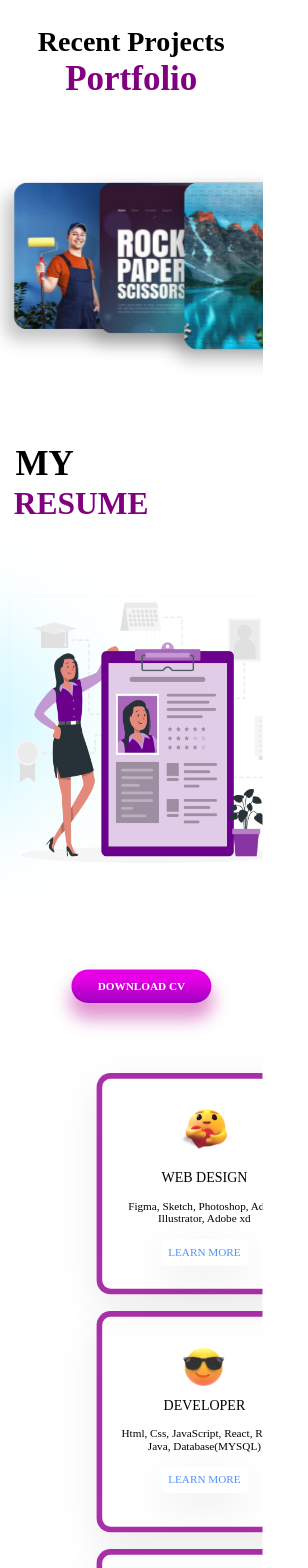
Repository: glorysandy/Protfolio
Page: /
An editor plug-in stored every save of this project. The page is shown before and after a run of saves, followed by the edit.
The browser window is 375 px wide. The page is 440 px wide, so the pictures cover 440 px, including what lies to the right of the window. The pictures show the part of the page from y = 4260 to 6500 px (the page is 7423 px tall), at 70% of full size.
Some web fonts or font styles are not loaded; a fallback is used. The project was rebuilt for these pictures with package versions that can differ from the ones it lists, and the page was loaded fresh each time. Imported but missing from the stored project, and not drawn on this page: src/components/Services/SANDHIYA.P (RESUME).pdf.

Above is the page before, as saved 2024-10-17 16:20:44.

### public/index.html
<!DOCTYPE html>
<html lang="en">
  <head>
    <meta charset="utf-8" />
    <link rel="icon" href="%PUBLIC_URL%/favicon.ico" />
    <meta name="viewport" content="width=device-width, initial-scale=1" />
    <meta name="theme-color" content="#000000" />
    <meta
      name="description"
      content="Web site created using create-react-app"
    />
    <style>
      @font-face{
        font-family: Gumela;
        src:url('../src/fonts/*');
      }
      *{
        font-family: 'Gumela';
        font-weight:normal ;
        font-size: 20px;

      }
      body{
        margin: 0;
      }
    </style>
    <link rel="apple-touch-icon" href="%PUBLIC_URL%/logo192.png" />
    <!--
      manifest.json provides metadata used when your web app is installed on a
      user's mobile device or desktop. See https://developers.google.com/web/fundamentals/web-app-manifest/
    -->
    <link rel="manifest" href="%PUBLIC_URL%/manifest.json" />
    <!--
      Notice the use of %PUBLIC_URL% in the tags above.
      It will be replaced with the URL of the `public` folder during the build.
      Only files inside the `public` folder can be referenced from the HTML.

      Unlike "/favicon.ico" or "favicon.ico", "%PUBLIC_URL%/favicon.ico" will
      work correctly both with client-side routing and a non-root public URL.
      Learn how to configure a non-root public URL by running `npm run build`.
    -->
    <title>React App</title>
  </head>
  <body>
    <noscript>You need to enable JavaScript to run this app.</noscript>
    <div id="root"></div>
    <!--
      This HTML file is a template.
      If you open it directly in the browser, you will see an empty page.

      You can add webfonts, meta tags, or analytics to this file.
      The build step will place the bundled scripts into the <body> tag.

      To begin the development, run `npm start` or `yarn start`.
      To create a production bundle, use `npm run build` or `yarn build`.
    -->
  </body>
</html>

### src/components/Navbar/Navbar.jsx
import React from "react";
import Toggle from "../Toggle/Toggle";
import "./Navbar.css";
import { Link } from "react-scroll";
const navbar = () => {
  return (
    <div className="n-wrapper" id="Navbar">
      {/* left */}
      <div className="n-left">
        <div className="n-name">MODE</div>
        <Toggle />
      </div>
      {/* right */}
      <div className="n-right">
        <div className="n-list">
          <ul style={{ listStyleType: "none" }}>
            <li>
              <Link activeClass="active" to="Navbar" spy={true} smooth={true}>
                HOME
              </Link>
            </li>
            <li>
              <Link to="testimonial" spy={true} smooth={true}>
                ABOUT
              </Link>
            </li>
            <li>
              <Link to="works" spy={true} smooth={true}>
                SKILLS
              </Link>
            </li>
            <li>
              <Link to="portfolio" spy={true} smooth={true}>
                PROJECTS
              </Link>
            </li>
            <li>
              <Link to=" services" spy={true} smooth={true}>
                RESUME
              </Link>
            </li>
          </ul>
        </div>
        <Link to="contact" spy={true} smooth={true}>
        <button className="button n-button">CONTACT</button>
        </Link>
      </div>
    </div>
  );
};

export default navbar;

### src/components/Testimonials/Testimonial.jsx
import React from "react";
import "./Testimonial.css";
import back from  "../../img/Hand coding-rafiki.png";
import { width } from "@fortawesome/free-brands-svg-icons/fa42Group";
const Testimonial = () => {

  return (
    <div className="t-wrapper" id="testimonial">
      <div className="t-heading" style={{marginLeft:"95vh" ,marginTop:"35vh"}}>
        <span>ABOUT </span>
        <span>ME </span>
      <div className="blur t-blur1" style={{ background: "var(--purple)" }}></div>
      <div className="blur t-blur2" style={{ background: "skyblue" }}></div>
      <div className="blur t-blur3" style={{ background: "voilet" }}></div>
       <div className="t-back"  >
       <img
          src={back}
          alt=""
        />
</div> <div className="t-sen" style={{fontSize:"1.6rem",fontWeight: "7rem",  position: "absolute", marginTop: "-100vh" ,marginLeft: "-48px",marginRight: "18px"
}}> <span>As a Full Stack Developer with 4 months of experience, I've   successfully completed 10+ projects , leveraging Front-end:  HTML/CSS (structure, styling), JavaScript , React (frameworks) ,Bootstrap, Material-UI (UI libraries), Responsive web design, Git (version control)
, Back-end:java (programming language),Database management ( MySQL). I've developed my soft skills like Team collaboration , Adaptability, Time management .I've enhanced code quality, implemented authentication   and authorization
,  Developed and integrated new features
. I'm eager to continue expanding my expertise in full-stack development, exploring emerging technologies, and delivering high-quality solutions.</span></div> </div>

<div className="head"> <span> ABOUT ME</span></div>

    <div className="dup">
    <span>As a Full Stack Developer with 4 months of experience, I've   successfully completed 10+ projects , leveraging Front-end:  HTML/CSS (structure, styling), JavaScript , React (frameworks) ,Bootstrap, Material-UI (UI libraries), Responsive web design, Git (version control)
, Back-end:java (programming language),Database management ( MySQL). I've developed my soft skills like Team collaboration , Adaptability, Time management .I've enhanced code quality, implemented authentication   and authorization
,  Developed and integrated new features
. I'm eager to continue expanding my expertise in full-stack development, exploring emerging technologies, and delivering high-quality solutions.</span>


      </div>

       </div>

  );
};

export default Testimonial;

### src/components/Experience/Experience.jsx
import React, { useContext } from "react";
import { themeContext } from "../../Context";
import "./Experience.css";
const Experience = () => {
  const theme = useContext(themeContext);
  const darkMode = theme.state.darkMode;

  return (
    <div className="experience" id='experience'>
      <div className="achievement">
        {/* darkMode */}
        <div className="circle" style={{color: darkMode?'var(--orange)':''}}>4+</div>
        <span  style={{color: darkMode?'white':''}}>months </span>
        <span>Experience</span>
      </div>
      <div className="achievement">
        <div className="circle" style={{color: darkMode?'var(--orange)':''}}>10+</div>
        <span  style={{color: darkMode?'white':''}}>completed </span>
        <span>Projects</span>
      </div>
    </div>
  );
};

export default Experience;

### src/components/Portfolio/Portfolio.jsx
import React, { useContext } from "react";
import "./Portfolio.css";
import { Swiper, SwiperSlide } from "swiper/react"
import "swiper/css";
import pro from "../../img/pro 1 copy.jpg";
import pro2 from "../../img/pro2.jpg";
import HOC from "../../img/hoc.png";
import pro3 from "../../img/pro3.jpg";
import { themeContext } from "../../Context";

const Portfolio = () => {
  const theme = useContext(themeContext);
  const config ={
    social:{
      pro1:'https://project-1-nerolac.vercel.app/',
      pro2:'https://rock-paper-scissors-phi-puce.vercel.app/',
      pro3:'https://sliding-puzzle-jade.vercel.app/',
    }
}

  const darkMode = theme.state.darkMode;
  return (
    <div className="portfolio" id="portfolio">
            <div className="blur t-blur2" style={{ background: "skyblue" }}></div>
      <div className="blur t-blur2" style={{ background: "voilet" }}></div>

      {/* heading */}
      <span style={{color: darkMode?'white': ''}}>Recent Projects</span>
      <span>Portfolio</span>



      {/* slider */}
      <Swiper
        spaceBetween={30}
        slidesPerView={3}
        grabCursor={true}
        className="portfolio-slider"
      ><div className="silde">


        <SwiperSlide>
          <div >
       <a href={config.social.pro1}  ><img src={pro} alt="" /></a>
          </div>
        </SwiperSlide>
        <SwiperSlide>
          <div>
          <a href={config.social.pro2}  ><img src={pro2} alt="" /></a>
          </div>
        </SwiperSlide>
        <SwiperSlide>
        <div>
        <a href={config.social.pro3}  ><img src={pro3} alt="" /></a>
        </div>
        </SwiperSlide>
        <SwiperSlide>
          <div>

          </div>
          <img src={HOC} alt="" />
        </SwiperSlide></div>
      </Swiper>

    </div>
  );
};

export default Portfolio;

### src/components/Contact/Contact.jsx
import React, { useContext, useRef, useState } from "react";
import "./Contact.css";
import emailjs from '@emailjs/browser';
import { themeContext } from "../../Context";

const Contact = () => {
  const theme = useContext(themeContext);
  const darkMode = theme.state.darkMode;
  const form = useRef();
  const [done, setDone] = useState(false)
  const sendEmail = (e) => {
    e.preventDefault();

    emailjs
      .sendForm(
        "service_y60teja",
        "template_4kj4n7i",
        form.current,
        "ORKOyUiaYznGkr2zZ"
      )
      .then(
        (result) => {
          console.log(result.text);
          setDone(true);


        },
        (error) => {
          console.log(error.text);
        }
      );
  };

  return (
    <div className="contact-form" id="contact">
      {/* left side copy and paste from work section */}

      <div className="w-left">
        <div className="awesome">
          {/* darkMode */}
          <span style={{color: darkMode?'white': ''}}>Get in Touch</span>
          <span style={{color:"purple"}}>Contact me</span>
          <div
            className="blur s-blur1"
            style={{ background: "#ABF1FF94" }}
          ></div>
        </div>
      </div>
      {/* right side form */}
      <div className="c-right">
      <form ref={form}  onSubmit={sendEmail}>
          <input type="text" name="user_name" className="user"  placeholder="NAME"/>
          <input type="email" name="user_email" className="user" placeholder="EMAIL"/>
          <textarea name="message" className="user" placeholder="MESSAGE"/>
          <input  type="submit" value="Send" className="button"/>
          <span  className="c-t">{done && "Thanks for Contacting me"}</span>  </form>
          <div
            className="blur c-blur1"
            style={{ background: "var(--purple)" }}
          ></div>


      </div>
      </div>

  );
};

export default Contact;

### src/components/Footer/Footer.jsx
import React from "react";
import "./Footer.css";
import Git from "../../img/git3.png";
import ins from "../../img/mylink.png";
import end from "../../img/end.png";
import wave2 from "../../img/AdobeStock_559187959 copy.png";
import { width } from "@fortawesome/free-brands-svg-icons/fa42Group";
const Footer = () => {

  const config ={
    social:{
      Github:'https://github.com/glorysandy',
      LinkedIn:'https://www.linkedin.com/in/sandhiya-parasuraman-822719298/',

    }
}


  return (
    <div className="footer">
     <img src={wave2} alt="" style={{ width: "100%", height: "80%",  marginTop:"-2vh"}} />

     <div className="blur t-blur1" style={{ background: "var(--purple)" }}></div>
      <div className="blur t-blur2" style={{ background: "var(--purple)" }}></div>
      <div className="f-content"  >
        <div>        <span > EMAIL ID: samuve0842@gmail.com</span> <br></br> <br></br> <br></br>
        <span>PHONE NO: 9043545860</span>
        </div>
        <div className="f-back"  >
       <img
          src={end}
          alt=""
        />
        </div>

        <div className="f-icons" >

          <a href={config.social.LinkedIn} ><img src={ins} alt="" /></a>
          <a href={config.social.Github}><img src={Git} alt=""/></a>
        </div>

      </div>
      </div>
  );
};

export default Footer;

### src/components/Toggle/Toggle.jsx
import React, { useContext } from "react";
import "./Toggle.css";
import Moon from "@iconscout/react-unicons/icons/uil-moon";
import Sun from "@iconscout/react-unicons/icons/uil-sun";
import { themeContext } from "../../Context";

const Toggle = () => {
  const theme = useContext(themeContext);
  const darkMode = theme.state.darkMode;
  const handleClick = () => {
    // debugger
    theme.dispatch({ type: "toggle" });
  };
  return (
    <div className="toggle" onClick={handleClick}>
      <Moon />
      <Sun />
      {/*                              toggle.css mein left ki property aik assign hy ussy delete
                                          krna hy pehly */}
      <div
        className="t-button"
        style={darkMode ? { left: "2px" } : { right: "2px" }}
      ></div>
    </div>
  );
};

export default Toggle;

### src/components/Navbar/Navbar.css
.n-wrapper {
  height: 10vh;
  display: flex;
  justify-content: space-between;
  margin-bottom: 2rem;
  top: 0;
}
.n-left {
  flex: 1;
  align-items: center;
  justify-content: left;
  display: flex;
  gap: 2rem;

}
.n-name {
  font-size: 1.3rem;
  font-weight: bold;
}
.n-right {
  flex: 1;
  display: flex;
  align-items: center;
  justify-content: flex-end;
  font-weight: 400;

}
.n-right :hover{
  color: rgb(165, 0, 137);


}
.n-list {
  flex: 10;
}
.n-list > ul {
  display: flex;
  gap: 2rem;
  margin-right: 4rem;
}

.n-list > ul :hover {
  color: var(--orange);
  cursor: pointer;


}

.n-button {
  flex: 2;

}

@media screen and (max-width: 480px) {
  .n-list {
    display: none;
  }
}

### src/components/Intro/Intro.css
.Intro {
  display: flex;
  height: 77vh;
  margin-top: 6rem;
}

/* left side styling */
.i-left {
  display: flex;
  position: relative;
  flex: 1;
  flex-direction: column;
  gap: 2rem;
}
.i-name {
  display: flex;
  flex-direction: column;
  gap: 0.25rem;
}
.i-name > :nth-child(1) {
  color: rgb(243, 188, 6);
  font-weight: bold;
  font-size: 3rem;
}
.i-name > :nth-child(2) {
  color: rgb(136, 7, 136);

  font-weight: bold;
  font-size: 2.9rem;
}
.i-name > :nth-child(3) {
  font-weight: 100;
  font-size: 17px;
  color: var(--gray);
  margin-top: 10px;
}
.i-button {
  width: 6rem;
  height: 2rem;

}
.i-button:hover{
  color: rgb(121, 1, 101);
  background-color: rgb(226, 80, 255);
  box-shadow: 0 0 20px rgb(255, 53, 238);

}
.i-icons {
  margin-top: 3rem;
  display: flex;
  gap: 0rem;
}
.i-icons > * {
  transform: scale(0.5);
}
.i-icons > *:hover {
  cursor: pointer;
  color: rgb(121, 1, 101);
  background-color: rgb(226, 80, 255);
  box-shadow: 0 0 20px rgb(255, 53, 238);


}
/* right side styling */
.i-right {
  flex: 1;
  position: relative;
}
.i-right > * {
  position: absolute;
  z-index: 1;
}
.i-right > :nth-child(1) {
  transform: scale(0.69);
  left: -15%;
  top: -9%;
}
.i-right > :nth-child(2) {
  top: -4.6rem;
  transform: scale(0.67);
  left: -3rem;
}
.i-right > :nth-child(3) {
  transform: scale(1.4);
  width: 18rem;
  height: 18rem;
  left: 28%;
}
.i-right > :nth-child(4) {
  transform: scale(0.62);
  top: -19%;
  left: -24%;
  border-radius: 50%;
  padding: 0;
}

/* blur */
.blur {
  position: absolute;
  width: 22rem;
  height: 14rem;
  border-radius: 50%;
  background: #edd0ff;
  filter: blur(212px);
  z-index: -9;
  top: -18%;
  left: 56%;
  filter: blur(72px);
}

@media screen and (max-width: 480px) {
  .Intro {
    flex-direction: column;
    gap: 7rem;
    height: 43rem;
  }

  .i-right {
    transform: scale(0.8);
    left: -3rem;
  }
  .i-right .blur {
    display: none;
  }
  .floating-div:nth-of-type(1){
    /* display: none; */
    top: -7rem !important;;
  }
}

### src/components/Testimonials/Testimonial.css
.t-wrapper{
    padding:  0 3rem 0 3rem;;
    height: 100vh;
    display: flex;
    align-items: center;
    justify-content: center;
    margin-top: 7rem;
    flex-direction: column;
    gap: 2rem;
    position: relative;


}
.t-heading{
    align-self: start;

}
.t-heading>*{
    font-size: 2rem;
    font-weight: bold;

}
.t-heading span:nth-of-type(2){
    color: rgba(170, 0, 170, 0.733);
}
.head{
    margin-left: -90vh;
    margin-top: -1rem;
    font-size: 20vh;
    color: purple;
    font-weight: bold;
    display: none;
}
.t-blur1{
    left: 38rem;
    top: 16rem;
}
.t-blur2{
    top: 9rem;
    left: 0;
}
.t-back{
    display: flex;
    position: relative;
    width: 35rem;
    height:35rem;
    left:-115vh;
    top:-3rem;
}
.t-sen{
font-size:1.6rem;
}
.t-sen:hover{
cursor: pointer;
color: rgb(121, 1, 101);
box-shadow: 0 0 20px rgb(255, 53, 238);
padding: 0.7rem;
border-radius: 5px;
}
.dup{
    display: none;

}
.dup{
    cursor: pointer;
    color: rgb(121, 1, 101);
    box-shadow: 0 0 20px rgb(255, 53, 238);
    padding: 0.7rem;
    border-radius: 5px;

}
@media screen and (max-width: 480px) {

    .t-back{
        flex-direction: column;
        transform: scale(0.6);
        margin-left:  -115px;
        gap:5rem;
        height: 64rem;
        margin-top: -70vh;
        position: relative;
        display: none;
    }
    .head{
        margin-top: 2rem;
        padding: 1rem;
        display: flex;
        margin-left: -20px;
    font-size: 20rem;
    font-weight: bolder;
    }
    .dup  {

        display: flex;
        margin-top: 1px;
        transform: scale(0.8);
        border: 5px solid purple;
        color: black;
        width: 340px;
        justify-content: start;
    }
    .c-t{
        transform: scale(0.7);
        margin-top: -2rem;
    }
}

### src/components/Experience/Experience.css
.experience {
  display: flex;
  align-items: center;
  justify-content: center;
  gap: 5rem;
  height: 30vh;
  margin-bottom: 8rem;
  /* darkmode */
  color: var(--black);
  margin-top: 15vh;
}
.achievement{
    display: flex;
    flex-direction: column;
    align-items: center;
}
.circle {

    width: 4rem;
    height: 4rem;
    background: white;
    border-radius: 100%;
    position: relative;
    display: flex;
    align-items: center;
    justify-content: center;
    font-size: 1.5rem;
    font-weight: bold;
    margin-bottom: 2rem;
}
.circle::before {
    border-radius: 100%;
    content: '';
    background-image: linear-gradient(to bottom, #87e6fb 0%, #ffc05c 100%);
    top: -8px;
    left: -8px;
    bottom: -8px;
    right: -8px;
    position: absolute;
    z-index:-1;
    box-shadow: var(--boxShadow);
}

.achievement span:nth-of-type(2){
    color: var(--orange);
}


@media screen and (max-width: 480px) {
    .experience{
        transform: scale(0.7);
        margin-top: 8rem;
    }
}

### src/components/Works/Works.css
.works {
  padding: 0 3rem 0 3rem;
  display: flex;
  height: 90vh;
  margin-top: -3rem;

  /* scroll */
  align-items: center;
}
/* left side */
.awesome {
  display: flex;
  flex-direction: column;
  position: relative;
}
.tex:hover{
cursor: pointer;
color: rgb(121, 1, 101);
box-shadow: 0 0 20px rgba(255, 147, 246, 0.89);
background-color: rgba(204, 0, 245, 0.068);
padding: 2.2rem;
}
.k-button {

  width: 8rem;
  height: 2rem;
  top: 4rem;
}

/* right side */
.w-right {
  position: relative;
}

.w-mainCircle {
  left: 9rem;
  position: relative;
  width: 18rem;
  height: 18rem;
  border-radius: 100%;
  box-shadow: var(--smboxShadow);
  top: 2rem;
  background: white;
  /* darkMode */
  z-index: 2;
}
.w-mainCircle > * {
  position: absolute;
}
.w-mainCircle > :nth-child(1) {
  top: -3rem;
  left: 6rem;
}
.w-mainCircle > :nth-child(2) {
  left: -3rem;
  top: 5rem;
}
.w-mainCircle > :nth-child(3) {
  left: 6rem;
  top: 5rem;
}
.w-mainCircle > :nth-child(4) {
  left: 15rem;
  top: 5rem;
}
.w-mainCircle > :nth-child(5) {
  left: 6rem;
  top: 13rem;
}
.w-secCircle {
  width: 6.5rem;
  height: 6.5rem;
  position: absolute;
  border-radius: 100%;
  border: 5px solid #ebebeb;
  display: flex;
  align-items: center;
  justify-content: center;
  background: "none";
  box-shadow: var(--smboxShadow);
  background: white;
}

.w-secCircle > img {
  transform: scale(0.6);
}

.w-backCircle {
  position: absolute;
  height: 13rem;
  width: 13rem;
  border-radius: 100%;
  /* darkMode */
  z-index: 1;
}
.blueCircle {
  background: #1949b8;
  left: 18rem;
  top: 0rem;
}
.yellowCircle {
  background: #f5c32c;
  left: 18rem;
  top: 8rem;
}

@media screen and (max-width: 480px) {
  .works {
    flex-direction: column;
  height: 170vh;
    padding: 1rem;
    gap: 5rem;
    position: relative
    ;
    margin-top: -6rem;
  }
  .awesome > :nth-child(2){
    position: relative;
    transform: scale(0.9);

    margin-left: -20px;
  }
 .awesome > :nth-child(3){

  transform: scale(1.0);
font-size: 0.5rem;
display: contents;
margin-left: 5rem;

}
.k-button{
  gap: 1rem;
  margin-top: 2vh;
  margin-left: 1rem;
}
  .w-right {
    display: flex;
    align-items: flex-start;
    justify-content:start;
    transform: scale(0.7);

  }
  .w-mainCircle{
    position: static;
  }
  .w-backCircle{
    left: 8rem!important;
  }

}

### src/components/Portfolio/Portfolio.css
.portfolio {
  display: flex;
  align-items: center;
  justify-content: center;
  flex-direction: column;
  height: 70vh;
margin-top: 3rem;;
}
/* heading */
.portfolio span:nth-of-type(1) {
  color: var(--black);
  font-size: 2rem;
  font-weight: bold;
}

.portfolio span:nth-of-type(2) {
  color: purple;
  font-size: 2.5rem;
  font-weight: bold;
}

/* slider */
.portfolio .swiper{
    overflow: visible!important;
}

.portfolio-slider {
  margin-top: 6rem;
  width: 100%;
}

.portfolio-slider .swiper-slide {
  width: 20rem;
}
.portfolio img {
  width: 19rem;
  filter: drop-shadow(-12px 15px 13px rgba(0, 0, 0, 0.25));
  border-radius: 19px;
}
.slide{
  cursor: pointer;
  background-color: rgb(1, 12, 22);
}
.s-blur2 {
  left: 14rem;
  top: 8rem;
}

.s-blur1 {
  top: 13rem;
  left: -18rem;
}
@media screen and (max-width: 480px) {
  .portfolio{
    margin-top: 50vh;
  }
}

### src/components/Services/Services.css
.services {
  padding: 0 3rem 0 3rem;
  display: flex;
  height: 30rem;
  margin-bottom: 8rem;
  margin-top: 5rem;
  margin-bottom: 13rem;
  /* scroll view */
  padding-top: 3rem;
}
/* left side */
.awesome {
  display: flex;
  flex-direction: column;
  position: relative;
  /* gap: 20px; */
}

.awesome > :nth-child(1) {
  color: var(--black);
  font-size: 2.5rem;
  font-weight: bold;
}
.awesome > :nth-child(2) {
  color: purple;
  font-size: 2.5rem;
  font-weight: bold;
}
.awesome > :nth-child(3) {
  color: var(--gray);
  font-size: 14px;
  margin-top: 1rem;
}
.s-back{
  display: flex;
  position: relative;
  height: 80vh;
  width: 80vh;
  margin-left: -130px;
  margin-top: -3rem;
}

.s-button {
  width: 10rem;
  height: 2.4rem;
  margin-top: -0.3rem;
font-weight: 600;
}
/* right sided */
.cards {
  position: relative;
  left: 32vh;
}
.cards > * {
  position: absolute;
}

/* blur */
.s-blur2 {
  left: 14rem;
  top: 8rem;
}

.s-blur1 {
  top: 13rem;
  left: -18rem;
}

@media screen and (max-width: 480px) {
  .services {
    margin-top: 4rem;
    flex-direction: column;
    gap: 5rem;
    height: 66rem;
    padding: 2px;
  }
.s-back{
  transform: scale(0.8);
  padding: 1rem;
}
  .cards {
    display: flex;
    flex-direction: column;
    gap: 17rem;
    width:260px ;
    justify-content: center;
    margin-left: -2rem important!;
  }
  .cards > * {
    position: static;
  }
  .s-button{
    justify-content: center;
    margin-left: 4rem;
  }
}

### src/components/Contact/Contact.css
.contact-form{
    padding: 0 3rem 0 3rem;
    display: flex;
    height: 80vh;
    margin-top: 1rem;
      /* scroll */
  padding-top: 3rem;
}


.c-right{
    display: flex;
    justify-content: center;
    position: relative;
    flex: 1;
}

.c-right>form
{
    display: flex;
    flex-direction: column;
    gap: 2rem;
    align-items: center;

}

.c-right .user{
    width: 20rem;
    height: 2rem;
    padding: 0.3em;
    outline: none;
    border: 4px solid purple;
    border-radius: 8px;
    font-size: 16px;

}

.user:hover{
    border: 4px solid purple ;
    background-color: rgb(245, 194, 255);
    box-shadow: 0 0 20px rgb(255, 170, 248);
cursor: pointer;
}
textarea{
    height: 4rem!important;
}

.c-blur1{
    top: 1rem;
    left: 8rem;
}

@media screen and (max-width: 480px) {
    .contact-form{
        padding: 1rem;
        flex-direction: column;
        gap: 5rem;
        height: 40rem;
        margin-top: 20rem;
    }
    .c-right .user{
        width: 16rem;

    }

}   .c-right .button{
    position: static;
}

### src/components/Footer/Footer.css
.footer {
  display: flex;
  align-items: center;
  margin: -0.5rem -3.5rem;
  position: relative;
  margin-top: -7rem;

}

.f-content {
  position: absolute;
  display: flex;
  align-items: center;
  justify-content: center;
  flex-direction: column;
  width: 100%;
  margin-top: 2rem;
  gap: 4rem;
  color: rgb(143, 0, 143);
  font-weight: 700;
  font-size: 10rem;
}
.f-ip{
  display: flex;
  position: relative;
  width: 5rem;
  height:5rem;

}
.f-icons {
  display: flex;
  gap: 2rem;
  margin-top: -3rem;
  margin-left: -60px;
}
.f-icons:hover{
color:rgb(254, 255, 176);
cursor: pointer;
}
.f-back{
  position: absolute;
  margin-left: -120vh;
  margin-top: -6rem;
}
@media screen and (max-width: 480px){
  .footer{
    margin-top: -8rem;
  }
  .f-content{
    transform: scale(.5);
    margin-left: 20px;
    margin-top: -0.5rem;


  }
  .f-back{
    transform: scale(0.65);
   margin-left: -570px;
  }
}

### src/components/Toggle/Toggle.css
.toggle{
    display: flex;
    justify-content:space-between;
    border: 3px solid var(--purple);
    border-radius: 1rem;
    position: relative;
    padding: 2px;
    cursor: pointer;

}
.toggle>*{
    width: 1rem;
    height: 1rem;
    color: purple;
}
.t-button{
    border-radius: 100%;
    background: var(--purple );
    position: absolute;
}
.t-button:hover{
    background: linear-gradient(180deg, #e600e6 26.71%, #9f00be 99.36%);
    box-shadow: 0px 20px 24px 3px rgba(184, 0, 144, 0.42);

}

### src/components/Card/Card.css
.card {
  width: 10rem;
  height: 13rem;
  position: absolute;
  display: flex;
  flex-direction: column;
  gap: 1rem;
  align-items: center;
  width: 10rem;
  text-align: center;
  background: rgba(255, 255, 255, 0.26);
  border: 8px solid rgba(150, 0, 150, 0.815);
  box-shadow: var(--boxShadow);
  border-radius: 20px;
  padding: 0px 26px 2rem 26px;
}
.card span:nth-of-type(2) {
  color: var(--gray);
  font-size: 16px;
}
.card > img {
  transform: scale(0.6);
  margin-bottom: -2rem;
}
.c-button {
    background: #FFFFFF;
    box-shadow: 0px 19px 60px rgba(0, 0, 0, 0.08);
    border-radius: 7px;
    border: none;
    padding: 10px;
    font-size: 16px;
    color: #5290FD;
}

.c-button:hover{
    transform: scale(1.1);
    cursor: pointer;
}
/* cards */




@media screen and (max-width: 480px){
  .card{
    width: 240px;
    margin-left: -140px;
    justify-content: center;
    padding: 1 rem;
  }
}

Loaded but not shown: src/index.js (common file); src/App.js (common file); src/Context.js (common file); src/App.css (common file); src/components/FloatingDiv/FloatingDiv.jsx (common file); src/components/Card/Card.jsx (common file); src/components/FloatingDiv/FloatingDiv.css (common file); src/components/Intro/Intro.jsx (109 lines, source omitted); src/components/Works/Works.jsx (95 lines, source omitted); src/components/Services/Services.jsx (95 lines, source omitted)

After the next 4 saves:
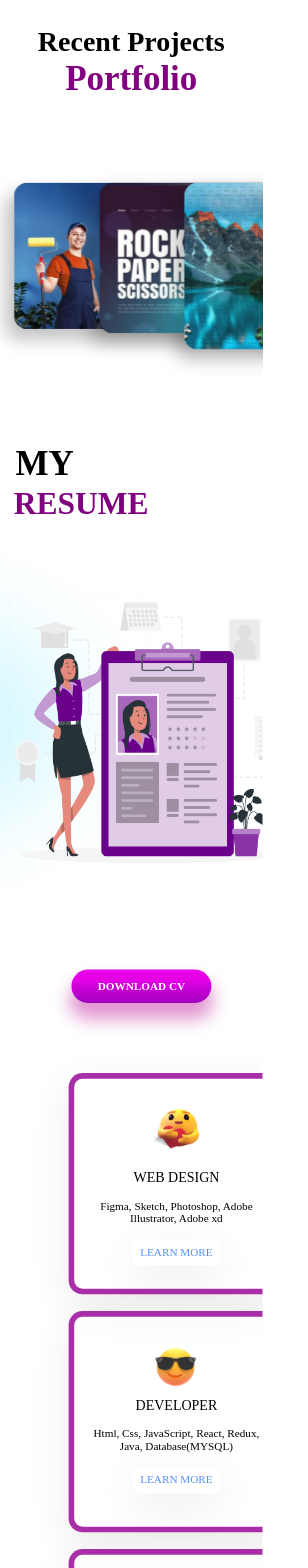
The 4 saves are shown as one change because they came seconds apart.
The last was saved 17 s later.
--- a/src/components/Services/Services.css
+++ b/src/components/Services/Services.css
@@ -84,7 +84,7 @@ font-weight: 600;
     gap: 17rem;
     width:260px ;
     justify-content: center;
-    margin-left: -2rem important!;
+    margin-left: -2rem!important;
   }
   .cards > * {
     position: static;
